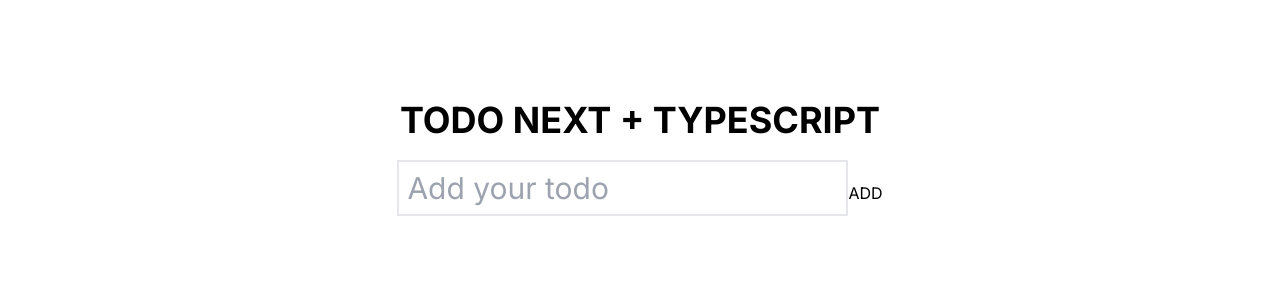
Repository: mehh000/next-ts-todo
Page: /
The author's editor kept a copy of each file at every save. The page is drawn from the files as they stood at one save, then again after the next save.
The browser window is 1280 px wide. The pictures show the whole page.
The project was rebuilt for these pictures with package versions that can differ from the ones it lists, and the page was loaded fresh each time. The framework's server and built-in components were replaced by stand-ins that run in the browser. Also part of the build but not shown: next.config.mjs.

Above is the page before, as saved 2024-06-15 19:49:13.

### src/app/layout.tsx
import type { Metadata } from "next";
import { Inter } from "next/font/google";
import "./globals.css";
import { TodoProvider } from "./Context/store/add-todos";

const inter = Inter({ subsets: ["latin"] });

export const metadata: Metadata = {
  title: "Create Next App",
  description: "Generated by create next app",
};

export default function RootLayout({
  children,
}: Readonly<{
  children: React.ReactNode;
}>) {
  return (
    <html lang="en">
      <body className={inter.className}>
        <TodoProvider>{children}</TodoProvider>
      </body>
    </html>
  );
}

### src/app/page.tsx
import TODOS from "@/components/TODOS";
import AddTODO from "@/components/add-todo";
import React from "react";

const Page = () => {
  return (
    <main className="flex items-center flex-col mt-[100px] gap-5 " >
      <h2 className=" font-bold text-4xl  ">TODO NEXT + TYPESCRIPT</h2>
      <AddTODO />
      <TODOS />
    </main>
  );
};

export default Page;

### src/app/Context/store/add-todos.tsx
'use client'


import { ReactNode, createContext, useContext, useState } from "react";

export type Todo = {
  id: string;
  task: string;
  completed: boolean;
  createdAt: Date;
};

type TodosContextType = {
  todos: Todo[];
  handleAddTodo: (task: string) => void;
  toggleTodosCompleted: (id: string) => void;
  handleTodoClicke: (id: string) => void;
};

//i made the context now need tp make the Provider
export const todosContext = createContext<TodosContextType | undefined>(
  undefined
);

//this is the  provider

export const TodoProvider = ({children}: { children: ReactNode }) => {
  const [todos, setTodos] = useState<Todo[]>([]);

  const handleAddTodo = (task: string) => {
    const newTodo: Todo = {
      id: Math.random().toString(),
      task,
      completed: false,
      createdAt: new Date(),
    };
    setTodos((prevTodos) => [newTodo, ...prevTodos]);
  };


  const toggleTodosCompleted = (id: string) => {
    setTodos((prevTodos) =>
      prevTodos.map((todo) =>
        todo.id === id ? { ...todo, completed: !todo.completed } : todo
      )
    );
  };

  const handleTodoClicke = (id: string) => {
    setTodos((prevTodos) => prevTodos.filter((todo) => todo.id !== id));
  };

  return (
    <todosContext.Provider value={{
      todos,
     handleAddTodo,
     toggleTodosCompleted,
     handleTodoClicke,
      }}>
      {children}
    </todosContext.Provider>
  );
};
export const useTodoContext = () => useContext(todosContext)

### src/components/TODOS.tsx
"use client";

import React from "react";
import { useTodoContext } from "@/app/Context/store/add-todos";

const TODOS = () => {
  const { todos,toggleTodosCompleted,handleTodoClicke } = useTodoContext();
  const fltertodo = todos;

  return (
    <ul className="">
      {fltertodo.map((todo) => {
        return (
          <li className="" key={todo.id}>
            <input
              type="checkbox"
              name=""
              id={`todo-${todo.id}`}
              checked={todo.completed}
              onChange={() => toggleTodosCompleted(todo.id)}
            />
            <label htmlFor={`todo-${todo.id}`}>{todo.task}</label>
            {todo.completed && (
              <button type="button" onClick={() => handleTodoClicke(todo.id)}>
                Delete
              </button>
            )}
          </li>
        );
      })}
    </ul>
  );
};

export default TODOS;

### src/components/add-todo.tsx
// components/AddTODO.tsx

'use client';

import React, { useState } from "react";
import { useTodoContext } from "@/app/Context/store/add-todos"; // Adjust the path according to your project structure

const AddTODO: React.FC = () => {
  const { handleAddTodo } = useTodoContext();

  const [todo, setTodo] = useState<string>("");

  const handleSubmit = (e: React.FormEvent<HTMLFormElement>) => {
    e.preventDefault();
    handleAddTodo(todo);
    setTodo("");
  };

  return (
    <form onSubmit={handleSubmit} className="">
      <input
        type="text"
        placeholder="Add your todo"
        className=" border-2 text-3xl p-2 "
        value={todo}
        onChange={(event) => setTodo(event.target.value)}
      />
      <button type="submit" className="">
        ADD
      </button>
    </form>
  );
};

export default AddTODO;

Loaded but not shown: src/app/globals.css (common file); tailwind.config.ts (common file)

After the next save:
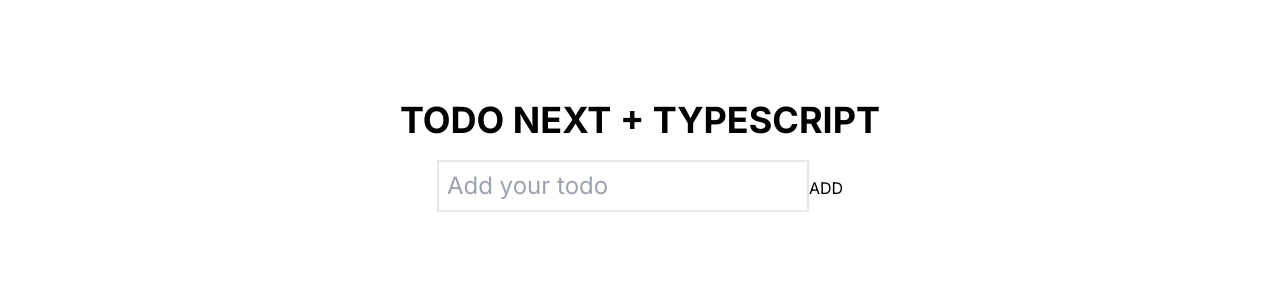
Saved 7 s later.
--- a/src/components/add-todo.tsx
+++ b/src/components/add-todo.tsx
@@ -21,7 +21,7 @@ const AddTODO: React.FC = () => {
       <input
         type="text"
         placeholder="Add your todo"
-        className=" border-2 text-3xl p-2 "
+        className=" border-2 text-2xl p-2 "
         value={todo}
         onChange={(event) => setTodo(event.target.value)}
       />
